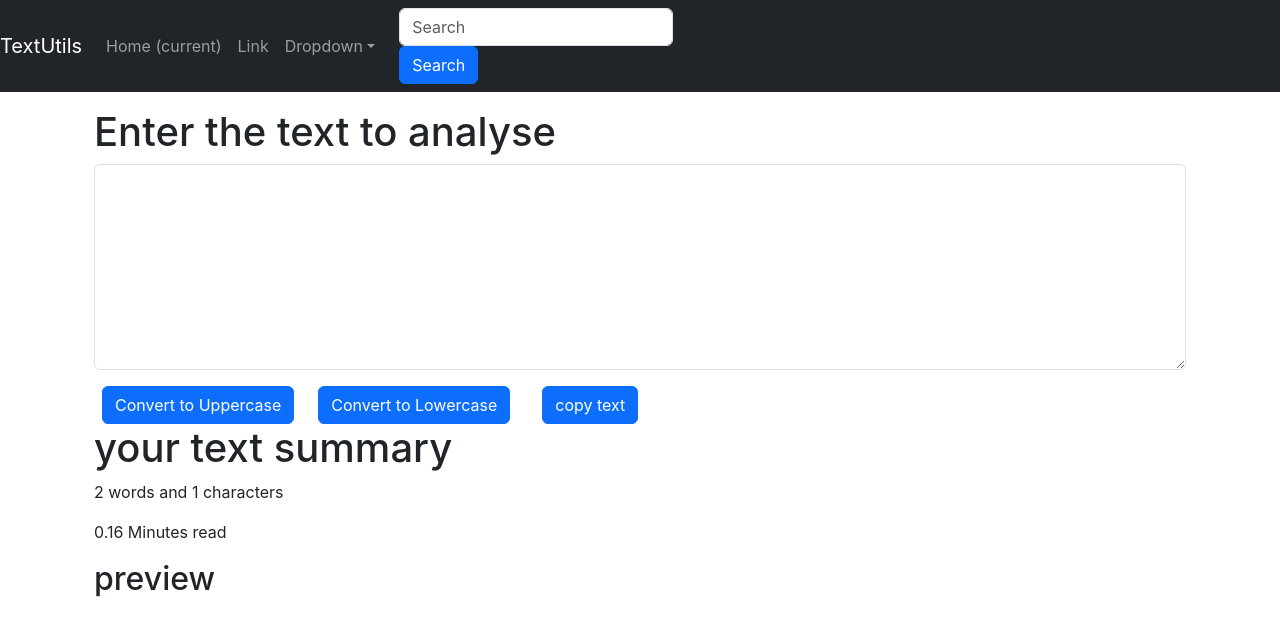
Repository: Aastha1035/React.navbar
Page: /
These files come from the project's save history. The page is drawn as it stood at one moment and after the next save; the edit follows.
The browser window is 1280 px wide. The pictures show the whole page.
The project was rebuilt for these pictures with package versions that can differ from the ones it lists, and the page was loaded fresh each time. Also part of the build but not shown: src/App.css.

Above is the page before, as saved 2024-07-17 22:18:24.

### public/index.html
<!DOCTYPE html>
<html lang="en">
  <head>
    <meta charset="utf-8" />
    <link rel="icon" href="%PUBLIC_URL%/favicon.ico" />
    <meta name="viewport" content="width=device-width, initial-scale=1" />
    <meta name="theme-color" content="#000000" />
    <meta
      name="description"
      content="Web site created using create-react-app"
    />
    <link rel="apple-touch-icon" href="%PUBLIC_URL%/logo192.png" />
    <!--
      manifest.json provides metadata used when your web app is installed on a
      user's mobile device or desktop. See https://developers.google.com/web/fundamentals/web-app-manifest/
    -->
    <link rel="manifest" href="%PUBLIC_URL%/manifest.json" />
    <!--
      Notice the use of %PUBLIC_URL% in the tags above.
      It will be replaced with the URL of the `public` folder during the build.
      Only files inside the `public` folder can be referenced from the HTML.

      Unlike "/favicon.ico" or "favicon.ico", "%PUBLIC_URL%/favicon.ico" will
      work correctly both with client-side routing and a non-root public URL.
      Learn how to configure a non-root public URL by running `npm run build`.
    -->
    <link href="https://cdn.jsdelivr.net/npm/bootstrap@5.3.3/dist/css/bootstrap.min.css" rel="stylesheet" integrity="sha384-QWTKZyjpPEjISv5WaRU9OFeRpok6YctnYmDr5pNlyT2bRjXh0JMhjY6hW+ALEwIH" crossorigin="anonymous">
    <title>React App</title>
  </head>
  <body>
    <noscript>You need to enable JavaScript to run this app.</noscript>
    <div id="root"></div>
    <!--
      This HTML file is a template.
      If you open it directly in the browser, you will see an empty page.

      You can add webfonts, meta tags, or analytics to this file.
      The build step will place the bundled scripts into the <body> tag.

      To begin the development, run `npm start` or `yarn start`.
      To create a production bundle, use `npm run build` or `yarn build`.
    -->
    <script src="https://cdn.jsdelivr.net/npm/bootstrap@5.3.3/dist/js/bootstrap.bundle.min.js"
    integrity="sha384-YvpcrYf0tY3lHB60NNkmXc5s9fDVZLESaAA55NDzOxhy9GkcIdslK1eN7N6jIeHz"
    crossorigin="anonymous"></script>
  </body>
</html>

### src/App.js

import { useState } from 'react';
import './App.css';
//import About from './components/About';
import Navbar from './components/Navbar';
import Textform from './components/Textform';

function App() {
  const [mode, setMode] = useState();
  return (
    <>
   < Navbar title="TextUtils" mode={mode} />
   <div className="container my-3">
   <Textform heading="Enter the text to analyse"/>
   </div>
  </>
  );
}

export default App;

### src/components/Navbar.js
import React from 'react'

export default function Navbar(props) {
  return (
    <nav className="navbar navbar-expand-lg navbar-dark bg-dark">
  <a className="navbar-brand" href="#">{props.title}</a>
  <button className="navbar-toggler" type="button" data-toggle="collapse" data-target="#navbarSupportedContent" aria-controls="navbarSupportedContent" aria-expanded="false" aria-label="Toggle navigation">
    <span className="navbar-toggler-icon"></span>
  </button>

  <div className="collapse navbar-collapse" id="navbarSupportedContent">
    <ul className="navbar-nav mr-auto">
      <li className="nav-item active">
        <a className="nav-link" href="#">Home <span className="sr-only">(current)</span></a>
      </li>
      <li className="nav-item">
        <a className="nav-link" href="#">Link</a>
      </li>
      <li className="nav-item dropdown">
        <a className="nav-link dropdown-toggle" href="#" id="navbarDropdown" role="button" data-toggle="dropdown" aria-haspopup="true" aria-expanded="false">
          Dropdown
        </a>
        <div className="dropdown-menu" aria-labelledby="navbarDropdown">
          <a className="dropdown-item" href="#">Action</a>
          <a className="dropdown-item" href="#">Another action</a>
          <div className="dropdown-divider"></div>
          <a className="dropdown-item" href="#">Something else here</a>
        </div>
      </li>
      <li className="nav-item">
        <a className="nav-link disabled" href="#">{props.aboutText}</a>
      </li>
    </ul>
    <form className="form-inline my-2 my-lg-0">
      <input className="form-control mr-sm-5" type="search" placeholder="Search" aria-label="Search"/>
      <button className="btn btn-primary my-2 my-sm-0" type="submit">Search</button>
    </form>
  </div>
</nav>
  )
}

### src/components/Textform.js
import React,{ useState } from "react";



export default function Textform(props) {
    const handleUpclick = ()=>{
        //console.log("uppercase was clicked" + text);
        let newText = text.toUpperCase();
        setText(newText)
    }
    const handleLoclick= ()=>{
        //console.log("handle onchange");
        let newText = text.toLowerCase();
        setText(newText)
    }
    const handleOnchange= (event)=>{
        //console.log("handle onchange");
        setText(event.target.value)
    }
    const handleCopy = () => {
        var text = document.getElementById("myBox");
        text.Selected();
        navigator.clipboard.writeText(text.value);
    }

    const [text, setText] = useState(" ");
  return (
    <>
    <div className="container">
       <h1>{props.heading}</h1>
       <div className="mb-3">
       <textarea className="form-control" value={text} onChange={handleOnchange} id="myBox" rows="8"></textarea>
    </div>
    <button className="btn btn-primary mx-2" onclick={handleUpclick}>Convert to  Uppercase</button>
    <button className="btn btn-primary mx-3" onclick={handleLoclick}>Convert to  Lowercase</button>
    <button className="btn btn-primary mx-3" onclick={handleCopy}>copy text</button>
    </div>
    <div className="container">
        <h1>your text summary</h1>
        <p>{text.split(" ").length} words and {text.length} characters</p>
        <p>{0.08 * text.split(" ").length} Minutes read</p>
        <h2>preview</h2>
        <p>{text}</p>
    </div>

</>


  )
}

Loaded but not shown: src/index.js (common file); src/index.css (common file); src/reportWebVitals.js (common file)

After the next save:
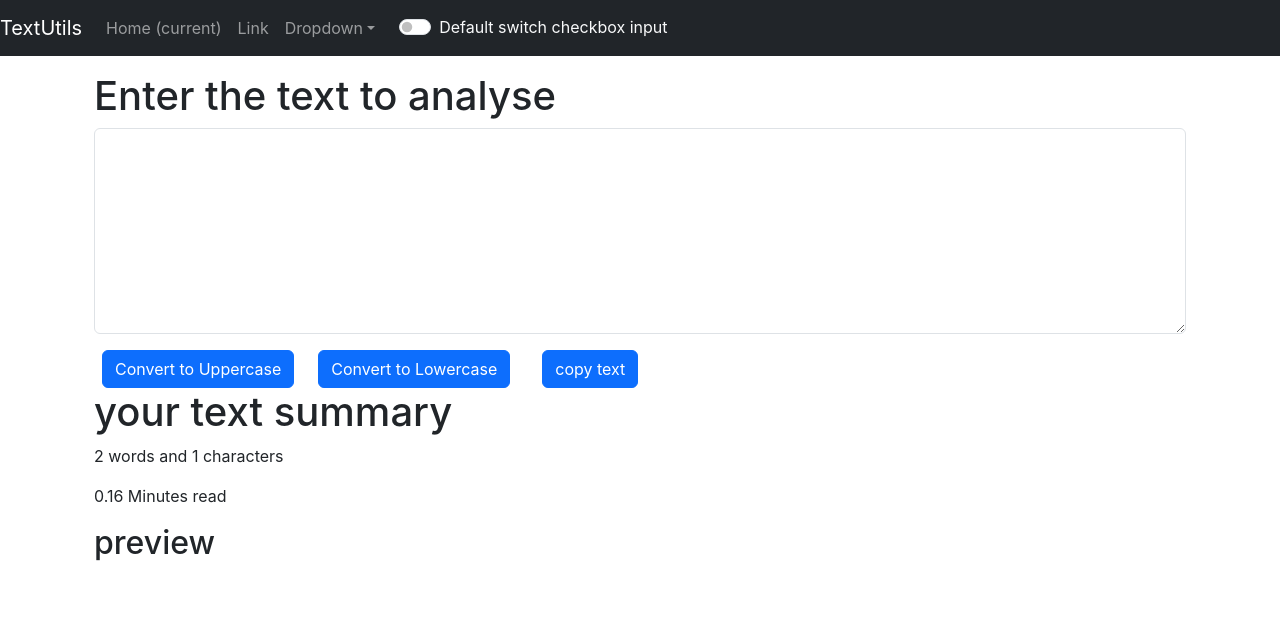
Saved 39 s later.
--- a/src/components/Navbar.js
+++ b/src/components/Navbar.js
@@ -31,10 +31,14 @@
         <a className="nav-link disabled" href="#">{props.aboutText}</a>
       </li>
     </ul>
-    <form className="form-inline my-2 my-lg-0">
+    {/*<form className="form-inline my-2 my-lg-0">
       <input className="form-control mr-sm-5" type="search" placeholder="Search" aria-label="Search"/>
       <button className="btn btn-primary my-2 my-sm-0" type="submit">Search</button>
-    </form>
+    </form>*/}
+    <div class="form-check form-switch text-light">
+       <input class="form-check-input" type="checkbox" id="flexSwitchCheckDefault"/>
+      <label class="form-check-label" for="flexSwitchCheckDefault">Default switch checkbox input</label>
+    </div>
   </div>
 </nav>
   )
